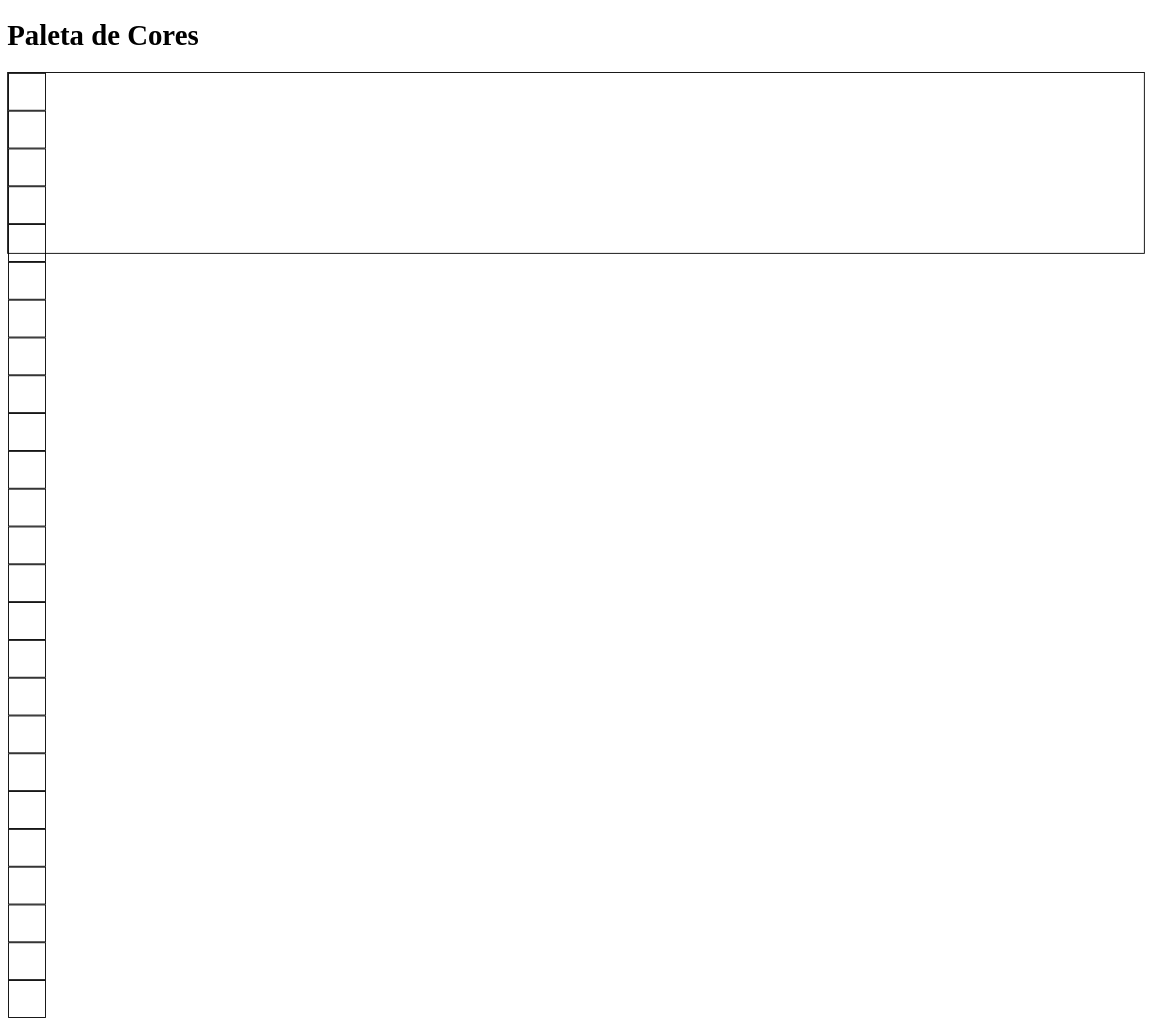
Repository: MuriloColleti/project-Pixer-Art
Page: index.html
An editor plug-in stored every save of this project. The page is shown before and after the next save, followed by the edit.
The browser window is 1280 px wide. The pictures show the whole page, at 90% of full size.

Above is the page before, as saved 2024-02-05 15:50:58.

### index.html
<!DOCTYPE html>
<html lang="en">
<head>
    <meta charset="UTF-8">
    <meta name="viewport" content="width=device-width, initial-scale=1.0">
    <link rel="stylesheet" href="style.css">
    <title>Paleta de Cores</title>
</head>

<body>
    <header> <h1 id="title"> Paleta de Cores </h1> </header>

    <main id="pixel-board"></main>

</body>

<script src="script.js"></script>

</html>

### style.css
.black{
    background-color: black;
}

.blue{
    background-color: blue;
}

.yellow{
    background-color: red;
}

.green{
    background-color: green;
}

.pixel{
    width: 40px;
    height: 40px;
    border: 1px solid black;
}

#pixel-board{
    border: 1px solid black;
    height: 200px;

    position: relative;
}

### script.js
var pixeltable = document.getElementById('pixel-board');

//var newPixel = document.createElement("div")

//newPixel.classList.add("pixel")

//pixel.appendChild(newPixel);

for(index = 0; index < 25; index += 1){

    var newPixel = document.createElement('div')
    newPixel.classList.add('pixel')
    pixeltable.appendChild(newPixel);

}

After the next save:
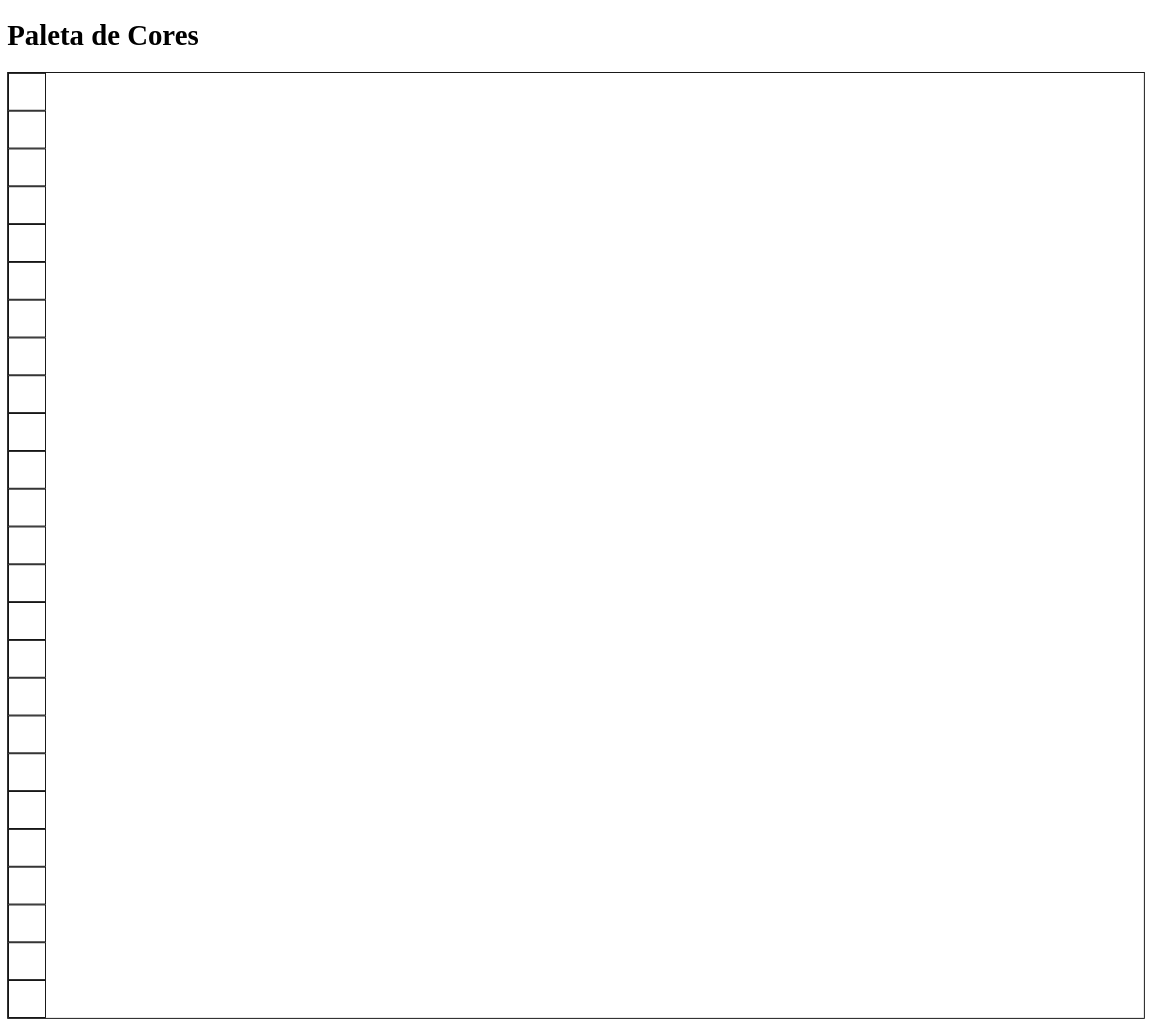
Saved 6 s later.
--- a/style.css
+++ b/style.css
@@ -22,7 +22,7 @@
 
 #pixel-board{
     border: 1px solid black;
-    height: 200px;
+
 
     position: relative;
 }
